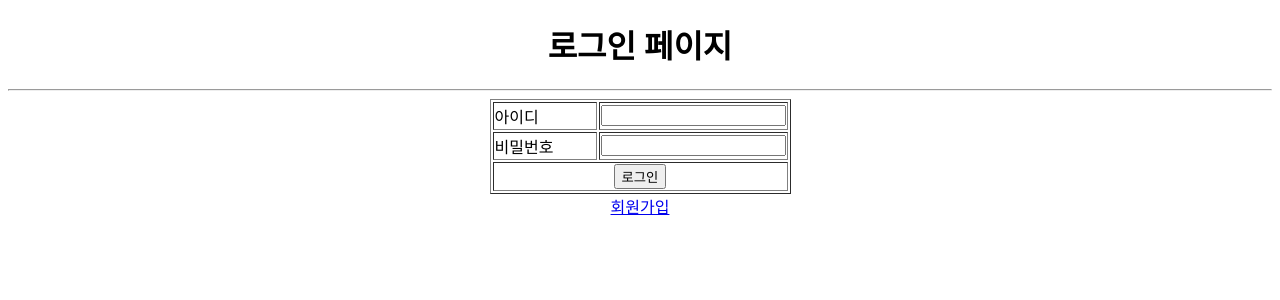
Repository: gunvv00/jsp
Page: http://localhost/DBtest/회원가입DB사용/Login.jsp
The author's editor kept a copy of each file at every save. The page is drawn from the files as they stood at one save, then again after the next save.
The browser window is 1280 px wide. The pictures show the whole page.
The page is served by Tomcat 9.

Above is the page before, as saved 2020-04-24 03:51:07.

### DBtest/WebContent/회원가입DB사용/Login.jsp
<%@ page language="java" contentType="text/html; charset=UTF-8"
    pageEncoding="UTF-8"%>
<%request.setCharacterEncoding("UTF-8"); %>

<%

String admin = "admin";
String adminPw = "1234";
session.setAttribute("admin", admin);
session.setAttribute("adminPw", adminPw);

%>
<!DOCTYPE html>
<html>
<head>
<meta charset="UTF-8">
<title>Insert title here</title>
</head>
<body>
<h1 align="center">로그인 페이지</h1>
<hr>

<div align="center">
<table border="1">
<form>
	<tr>
		<td width="100">아이디</td>
		<td width="100"><input type="text" name = "id"></td>
	</tr>
	<tr>
		<td>비밀번호</td>
		<td><input type="password" name = passWord></td>
	</tr>
	<tr>
		<td colspan="2" align="center"><input type="submit" value="로그인"></a></td>
	</tr>
</table>
<a href="JoinForm.jsp" type="submit">회원가입</a>
</div>

</body>
</html>

After the next save:
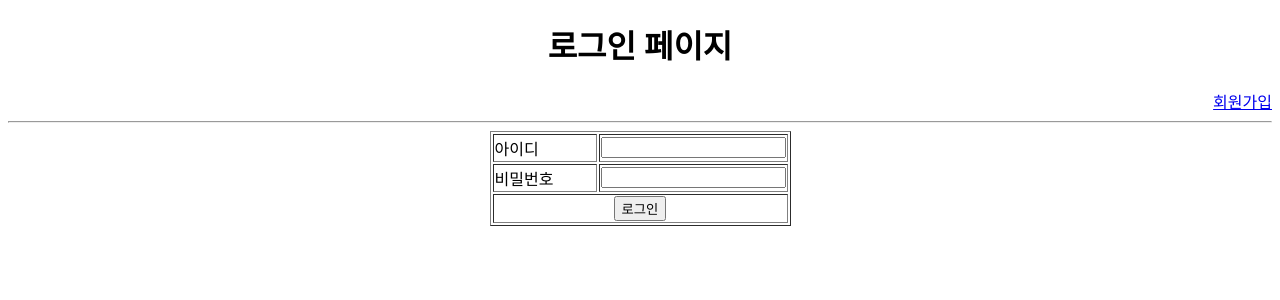
Saved 40 s later.
--- a/DBtest/WebContent/회원가입DB사용/Login.jsp
+++ b/DBtest/WebContent/회원가입DB사용/Login.jsp
@@ -18,6 +18,9 @@
 </head>
 <body>
 <h1 align="center">로그인 페이지</h1>
+<div align="right">
+<a href="JoinForm.jsp">회원가입</a>
+</div>
 <hr>
 
 <div align="center">
@@ -35,7 +38,6 @@
 		<td colspan="2" align="center"><input type="submit" value="로그인"></a></td>
 	</tr>
 </table>
-<a href="JoinForm.jsp" type="submit">회원가입</a>
 </div>
 
 </body>
